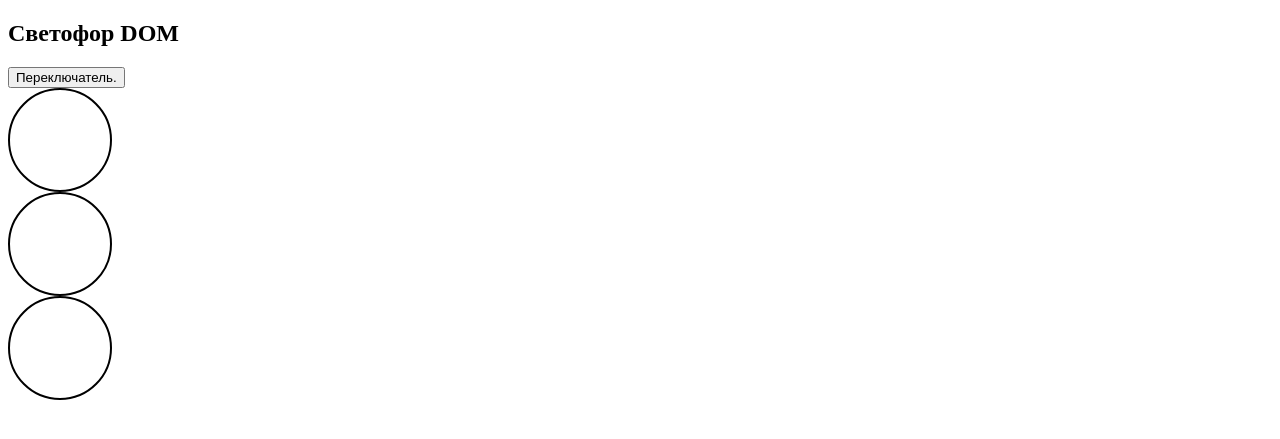
Repository: NastyaGavrilova/Beetroot-js
Page: HW7/traffic-lights/trafic.html
The author's editor kept a copy of each file at every save. The page is drawn from the files as they stood at one save, then again after the next save.
The browser window is 1280 px wide. The pictures show the whole page.

Above is the page before, as saved 2021-10-25 15:16:31.

### HW7/traffic-lights/trafic.html
<!DOCTYPE html>
<html lang="en">
  <head>
    <meta charset="UTF-8" />
    <meta http-equiv="X-UA-Compatible" content="IE=edge" />
    <meta name="viewport" content="width=device-width, initial-scale=1.0" />
    <link rel="stylesheet" href="./traffic.css" />
    <title>Traffic Lights DOM</title>
  </head>
  <body>
    <header class="c-header">
      <div class="c-header__wrapper">
        <div class="c-header__title">
          <h2>Светофор DOM</h2>
        </div>
      </div>
    </header>

    <div class="c-task">
      <div class="c-task__wrapper">
        <div class="c-task__button">
          <button id="js-btn">Переключатель.</button>
        </div>
        <div class="c-task__traffic">
          <div class="c-task__round round__red" id="js-red"></div>
          <div class="c-task__round" id="js-yellow"></div>
          <div class="c-task__round" id="js-green"></div>
        </div>
      </div>
    </div>
    <script src="./traffic.js"></script>
  </body>
</html>

### HW7/traffic-lights/traffic.css
.c-task__round {
  width: 100px;
  height: 100px;
  border: 2px solid black;
  border-radius: 50%;
}

.traffic__lights {
  margin: auto;
  width: 60px;
  height: 200px;
  padding: 10px 0;
  padding-bottom: 0;
  display: flex;
  flex-flow: column wrap;
  justify-content: space-between;
  align-items: center;
  background-color: black;
  border-radius: 0.5rem;
}
.traffic__light {
  width: 40px;
  height: 40px;
  border-radius: 100%;
  border: 2px solid lightgrey;
  background-color: grey;
}
.traffic__off {
  background-color: #555;
}
.traffic__red {
  background-color: red;
}
.traffic__green {
  background-color: green;
}
.traffic__yellow {
  background-color: yellow;
}
.traffic__btn {
  border-radius: 0.5rem;
}

### HW7/traffic-lights/traffic.js
// let i = -1;
// let trafficLight = () => {
//   i++;
//   let arr = ["red", "orange", "green"];
//   round = document.querySelectorAll("c-task__round");
//   if (round[i - 1]) {
//     round[i - 1].style.backgroundColor = "";
//   }
//   if (i == arr.length) i = 0;
//   // round[i].style.backgroundColor = arr[i];
//   // let arr = ["red", "orange", "green"];
//   // let round = document.querySelectorAll("c-task__round");
//   // for (let i = 0; i < arr.length; i++) {
//   //   if (round[i - 1]) round[i - 1].style.backgroundColor = "";
//   //   if (i == arr.length) i = 0;
//   //   // round[i].style.backgroundColor = arr[i];
//   // }
// };

// let btn = document.getElementById("js-btn");
// btn.addEventListener("click", () => {
//   trafficLight();
// });

const trafficLights = document.querySelector("div.c-task__traffic");
const redlight = document.getElementById("js-red");
const yellowlight = document.getElementById("js-yellow");
const greenlight = document.getElementById("js-green");
const btn = document.getElementById("js-btn");

btn.addEventListener("click", () => {
  if (redlight.classList.contains("traffic__red")) {
    redlight.classList.remove("traffic__red");
    yellowlight.classList.add("traffic__yellow");
  } else if (yellowlight.classList.contains("traffic__yellow")) {
    yellowlight.classList.remove("traffic__yellow");
    greenlight.classList.add("traffic__green");
  } else if (greenlight.classList.contains("traffic__green")) {
    greenlight.classList.remove("traffic__green");
    redlight.classList.add("traffic__red");
  }
});

After the next save:
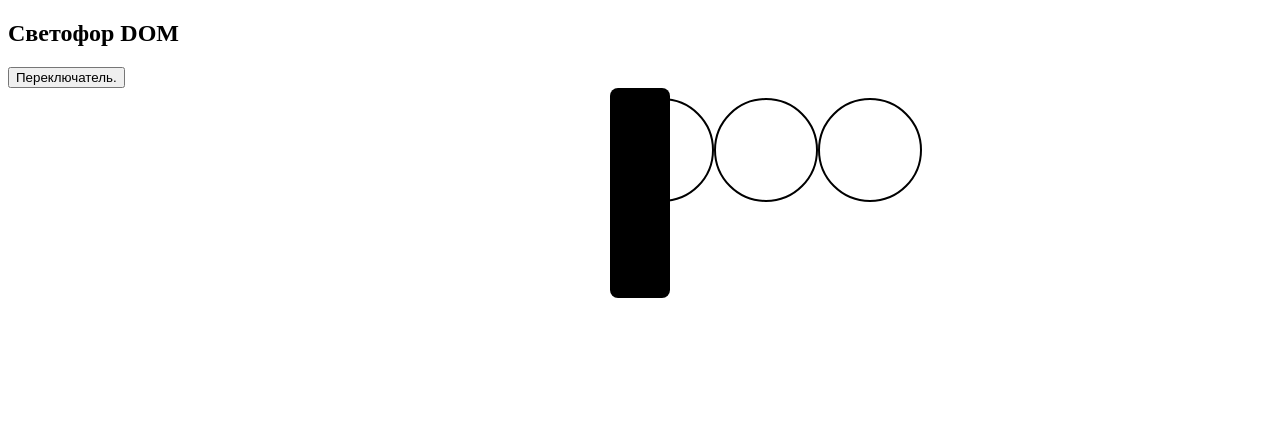
Saved 39 s later.
--- a/HW7/traffic-lights/traffic.css
+++ b/HW7/traffic-lights/traffic.css
@@ -5,7 +5,7 @@
   border-radius: 50%;
 }
 
-.traffic__lights {
+.c-task__traffic {
   margin: auto;
   width: 60px;
   height: 200px;
